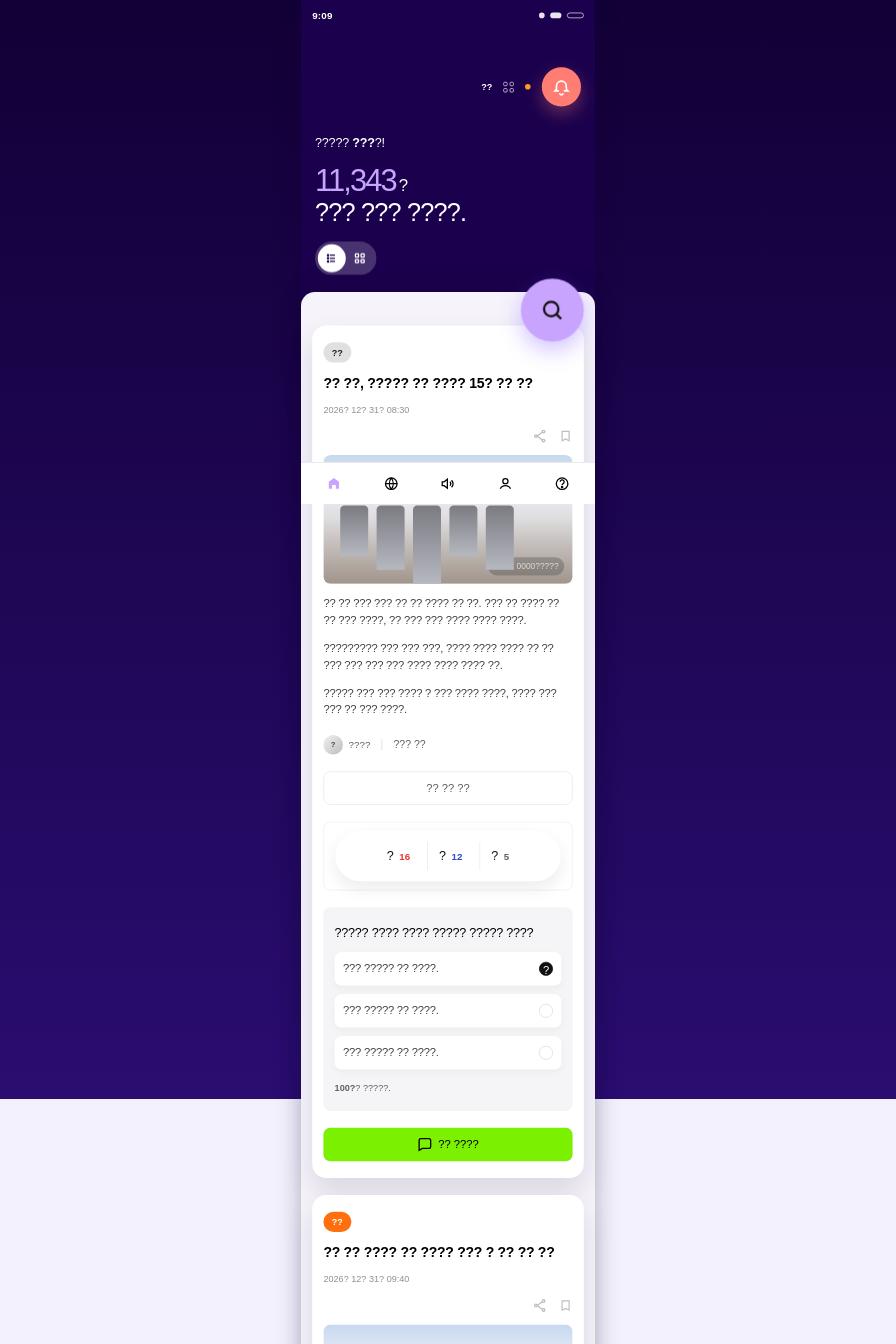
Repository: hanhyochan/NewsRoll
Page: /
These files come from the project's save history. The page is drawn as it stood at one moment and after the next save; the edit follows.
The browser window is 1280 px wide. The pictures show the part of the page from y = 0 to 1920 px (the page is 4131 px tall before and 4063 px after), at 70% of full size.
The project was rebuilt for these pictures with package versions that can differ from the ones it lists, and the page was loaded fresh each time. The framework's server and built-in components were replaced by stand-ins that run in the browser. Also part of the build but not shown: next.config.mjs.

Above is the page before, as saved 2026-03-31 17:06:22.

### src/app/layout.tsx
import type { Metadata } from 'next';
import './globals.css';

export const metadata: Metadata = {
    title: '뉴스를 읽자. - 뉴스롤',
    description: '뉴스가 어려운 사람들을 위한 뉴스 앱, 뉴스롤',
};

export default function RootLayout({ children }: Readonly<{ children: React.ReactNode }>) {
    return (
        <html lang="ko">
            <body>{children}</body>
        </html>
    );
}

### src/app/page.tsx
import { MobileFrame } from "@/components/layout/mobile-frame";
import { NewsHomeScreen } from "@/components/news/news-home-screen";

export default function HomePage() {
  return (
    <MobileFrame>
      <NewsHomeScreen />
    </MobileFrame>
  );
}

### src/app/globals.css
@import "tailwindcss";

:root {
  --background: #f4f1ff;
  --foreground: #111111;
  --surface: #ffffff;
  --surface-muted: #f5f5f7;
  --brand-deep: #1b014d;
  --brand-mid: #7952ff;
  --brand-soft: #c8a4ff;
  --brand-accent: #ff7d73;
  --brand-lime: #7bf000;
  --text-muted: #8f8f8f;
  --line: #e6e2ef;
  --shadow-card: 0 18px 40px rgba(9, 2, 35, 0.12);
  --shadow-float: 0 12px 32px rgba(121, 82, 255, 0.35);
}

* {
  box-sizing: border-box;
}

html {
  background: linear-gradient(180deg, #120036 0%, #2a0d70 38%, #f4f1ff 38%, #f4f1ff 100%);
}

body {
  margin: 0;
  min-height: 100vh;
  color: var(--foreground);
  font-family: "Pretendard", "Noto Sans KR", sans-serif;
  background: transparent;
}

a {
  color: inherit;
  text-decoration: none;
}

button,
input {
  font: inherit;
}

@layer utilities {
  .text-balance {
    text-wrap: balance;
  }
}

### src/components/layout/mobile-frame.tsx
import type { ReactNode } from "react";

type MobileFrameProps = {
  children: ReactNode;
};

export function MobileFrame({ children }: MobileFrameProps) {
  return <main className="mx-auto min-h-screen w-full max-w-[420px] bg-[var(--brand-deep)] shadow-[var(--shadow-card)]">{children}</main>;
}

### src/components/news/news-home-screen.tsx
import { heroNews } from '@/lib/mock-news';

const toneClass = {
    neutral: 'bg-[#E0E0E0] text-[#212121]',
    orange: 'bg-[#FF6F0E] text-white',
    brown: 'bg-[#A1401A] text-white',
} as const;

const reactionToneClass = {
    positive: 'text-[#E7342F]',
    negative: 'text-[#2D4BC7]',
    neutral: 'text-[#616161]',
} as const;

function AppLogo() {
    return (
        <div className="flex items-center gap-4 text-white">
            <div className="text-[13px] font-semibold tracking-[-0.2px]">??</div>
            <div className="grid grid-cols-2 gap-[3px]">
                {Array.from({ length: 4 }).map((_, index) => (
                    <span
                        key={index}
                        className="h-[6px] w-[6px] rounded-[2px] border border-white/90"
                    />
                ))}
            </div>
        </div>
    );
}

function StatusBar() {
    return (
        <div className="flex items-center justify-between px-4 pt-3 text-sm text-white">
            <span className="font-semibold tracking-[0.02em]">9:09</span>
            <div className="flex items-center gap-2">
                <span className="h-2 w-2 rounded-full bg-white/90" />
                <span className="h-2 w-4 rounded-full bg-white/90" />
                <span className="h-2 w-6 rounded-sm border border-white/90" />
            </div>
        </div>
    );
}

function Header() {
    return (
        <header className="px-[20px] pb-[24px] pt-[64px] text-white">
            <div className="flex items-center justify-end gap-4">
                <AppLogo />
                <span className="h-2 w-2 rounded-full bg-[#FF9B26]" />
                <button
                    type="button"
                    aria-label="??"
                    className="grid h-14 w-14 place-items-center rounded-full bg-[var(--brand-accent)] shadow-[0_10px_24px_rgba(255,125,115,0.35)]"
                >
                    <BellIcon />
                </button>
            </div>

            <div className="mt-10 space-y-6">
                <p className="text-[18px] leading-6 tracking-[-0.3px]">
                    ????? <span className="font-bold">???</span>?!
                </p>

                <div className="space-y-1">
                    <p className="text-[44px] font-medium leading-9 tracking-[-0.06em] text-[var(--brand-soft)]">
                        11,343<span className="ml-1 text-2xl font-normal text-white">?</span>
                    </p>
                    <p className="text-4xl leading-9 tracking-[-0.03em] text-white">
                        ??? ??? ????.
                    </p>
                </div>

                <div className="inline-flex rounded-full bg-white/20 p-1 backdrop-blur-sm">
                    <button
                        type="button"
                        className="grid h-10 w-10 place-items-center rounded-full bg-white text-[var(--brand-deep)]"
                        aria-label="?? ??"
                    >
                        <ListIcon />
                    </button>
                    <button
                        type="button"
                        className="grid h-10 w-10 place-items-center rounded-full text-white"
                        aria-label="??? ??"
                    >
                        <GridIcon />
                    </button>
                </div>
            </div>
        </header>
    );
}

function SearchFab() {
    return (
        <button
            type="button"
            aria-label="??"
            className="absolute right-4 top-[398px] z-20 grid h-[90px] w-[90px] place-items-center rounded-full bg-[var(--brand-soft)] shadow-[var(--shadow-float)]"
        >
            <SearchIcon />
        </button>
    );
}

type ReactionBarProps = {
    reactions: (typeof heroNews)[number]['reactions'];
};

function ReactionBar({ reactions }: ReactionBarProps) {
    return (
        <div className="flex items-center justify-center rounded-full bg-white px-6 py-4 shadow-[0_10px_24px_rgba(17,17,17,0.08)]">
            {reactions.map((reaction, index) => (
                <div key={reaction.label} className="flex items-center gap-2">
                    <span className="text-lg">
                        {reaction.label === '???' ? '?' : reaction.label === '???' ? '?' : '?'}
                    </span>
                    <span className={`text-sm font-semibold ${reactionToneClass[reaction.tone]}`}>
                        {reaction.count}
                    </span>
                    {index < reactions.length - 1 ? (
                        <span className="mx-4 h-10 w-px bg-[#E8E8E8]" />
                    ) : null}
                </div>
            ))}
        </div>
    );
}

type PollCardProps = {
    question: string;
    choices: (typeof heroNews)[number]['pollChoices'];
    count: number;
};

function PollCard({ question, choices, count }: PollCardProps) {
    return (
        <section className="rounded-[10px] bg-[var(--surface-muted)] px-4 py-6">
            <h3 className="text-[18px] font-medium leading-6 tracking-[-0.02em] text-black">
                {question}
            </h3>
            <div className="mt-4 space-y-3">
                {choices.map((choice) => (
                    <button
                        key={choice.label}
                        type="button"
                        className="flex w-full items-center justify-between rounded-[10px] bg-white px-3 py-3 text-left text-base leading-6 tracking-[-0.02em] text-[#424242] shadow-[0_4px_12px_rgba(17,17,17,0.04)]"
                    >
                        <span className="max-w-[220px]">{choice.label}</span>
                        <span
                            className={`grid h-5 w-5 place-items-center rounded-full border ${choice.selected ? 'border-[#111111] bg-[#111111] text-white' : 'border-[#D9D9D9] text-transparent'}`}
                        >
                            ?
                        </span>
                    </button>
                ))}
            </div>
            <p className="mt-4 text-[13px] font-medium text-[#616161]">
                <span className="font-semibold">{count}?</span>? ?????.
            </p>
        </section>
    );
}

type NewsCardProps = {
    item: (typeof heroNews)[number];
};

function NewsCard({ item }: NewsCardProps) {
    return (
        <article className="rounded-[20px] bg-white px-4 py-6 shadow-[var(--shadow-card)]">
            <div className="space-y-4">
                <span
                    className={`inline-flex rounded-full px-3 py-2 text-[13px] font-semibold leading-none ${toneClass[item.categoryTone]}`}
                >
                    {item.category}
                </span>
                <div>
                    <h2 className="text-[20px] font-semibold leading-[1.3] tracking-[-0.02em] text-black">
                        {item.title}
                    </h2>
                    <p className="mt-4 text-[13px] text-[var(--text-muted)]">{item.publishedAt}</p>
                </div>

                <div className="flex items-center justify-end gap-4 text-[#BDBDBD]">
                    <ShareIcon />
                    <BookmarkIcon />
                </div>

                <div className="overflow-hidden rounded-[10px]">
                    <div className="relative h-[184px] rounded-[10px] bg-[linear-gradient(180deg,#c7d8ef_0%,#e9eef6_28%,#c7b9ad_100%)]">
                        <div className="absolute inset-x-0 bottom-0 h-24 bg-[linear-gradient(180deg,transparent_0%,rgba(62,58,58,0.28)_100%)]" />
                        <div className="absolute bottom-3 right-3 rounded-full bg-black/20 px-2 py-1 text-[12px] text-white/70">
                            ????: 0000?????
                        </div>
                        <div className="absolute bottom-0 left-6 flex gap-3">
                            {Array.from({ length: 5 }).map((_, index) => (
                                <div
                                    key={index}
                                    className="w-10 rounded-t-[6px] bg-[linear-gradient(180deg,#7b7b82_0%,#b6b8c0_100%)]"
                                    style={{ height: `${72 + (index % 3) * 20}px` }}
                                />
                            ))}
                        </div>
                    </div>
                </div>

                <div className="space-y-4 text-[16px] leading-6 tracking-[-0.02em] text-[#424242]">
                    {item.summary.map((paragraph) => (
                        <p key={paragraph}>{paragraph}</p>
                    ))}
                </div>
            </div>

            <div className="mt-6 flex items-center gap-4 text-[#616161]">
                <div className="flex items-center gap-2">
                    <div className="grid h-7 w-7 place-items-center rounded-full bg-[linear-gradient(135deg,#f2f2f2_0%,#bcbcbc_100%)] text-[11px] font-bold text-[#4b4b4b]">
                        {item.publisher.slice(0, 1)}
                    </div>
                    <span className="text-sm font-medium">{item.publisher}</span>
                </div>
                <span className="h-4 w-px bg-[#D7D7D7]" />
                <span className="text-[15px] font-medium">{item.reporter}</span>
            </div>

            <button
                type="button"
                className="mt-6 h-12 w-full rounded-[10px] border border-[var(--line)] bg-white text-base font-medium text-[#616161]"
            >
                ?? ?? ??
            </button>

            <div className="mt-6 rounded-[10px] border border-[#EFEAF8] bg-white px-4 py-3">
                <ReactionBar reactions={item.reactions} />
            </div>

            <div className="mt-6">
                <PollCard
                    question={item.pollQuestion}
                    choices={item.pollChoices}
                    count={item.pollCount}
                />
            </div>

            <button
                type="button"
                className="mt-6 flex h-12 w-full items-center justify-center gap-2 rounded-[10px] bg-[var(--brand-lime)] text-base font-semibold text-black"
            >
                <CommentIcon />
                ?? ????
            </button>
        </article>
    );
}

function BottomNav() {
    const items = [
        { label: '?', active: true, icon: <HomeIcon /> },
        { label: '??', icon: <GlobeIcon /> },
        { label: '???', icon: <SoundIcon /> },
        { label: '???', icon: <UserIcon /> },
        { label: '???', icon: <HelpIcon /> },
    ];

    return (
        <nav className="sticky bottom-0 flex h-[60px] items-center justify-between border-t border-[#E0E0E0] bg-white px-9">
            {items.map((item) => (
                <button
                    key={item.label}
                    type="button"
                    className={`grid place-items-center gap-1 text-[11px] ${item.active ? 'text-[var(--brand-soft)]' : 'text-black'}`}
                    aria-label={item.label}
                >
                    {item.icon}
                </button>
            ))}
        </nav>
    );
}

export function NewsHomeScreen() {
    return (
        <div className="relative min-h-screen bg-[var(--brand-deep)]">
            <StatusBar />
            <Header />
            <SearchFab />
            <section className="rounded-t-[20px] bg-[#f6f3fb] px-4 pb-6 pt-12 shadow-[0_-8px_30px_rgba(9,2,35,0.18)]">
                <div className="space-y-6">
                    {heroNews.map((item) => (
                        <NewsCard key={`${item.category}-${item.title}`} item={item} />
                    ))}
                </div>
            </section>
            <BottomNav />
        </div>
    );
}

function BellIcon() {
    return (
        <svg
            width="28"
            height="28"
            viewBox="0 0 24 24"
            fill="none"
            stroke="currentColor"
            strokeWidth="2"
        >
            <path d="M15 17h5l-1.4-1.4A2 2 0 0 1 18 14.2V11a6 6 0 1 0-12 0v3.2a2 2 0 0 1-.6 1.4L4 17h5" />
            <path d="M10 20a2 2 0 0 0 4 0" />
        </svg>
    );
}

function SearchIcon() {
    return (
        <svg
            width="38"
            height="38"
            viewBox="0 0 24 24"
            fill="none"
            stroke="#111111"
            strokeWidth="2"
        >
            <circle cx="11" cy="11" r="6.5" />
            <path d="m16 16 4 4" />
        </svg>
    );
}

function ListIcon() {
    return (
        <svg
            width="18"
            height="18"
            viewBox="0 0 20 20"
            fill="none"
            stroke="currentColor"
            strokeWidth="2"
        >
            <path d="M7 5h8M7 10h8M7 15h8" />
            <circle cx="4" cy="5" r="1" fill="currentColor" />
            <circle cx="4" cy="10" r="1" fill="currentColor" />
            <circle cx="4" cy="15" r="1" fill="currentColor" />
        </svg>
    );
}

function GridIcon() {
    return (
        <svg
            width="18"
            height="18"
            viewBox="0 0 20 20"
            fill="none"
            stroke="currentColor"
            strokeWidth="2"
        >
            <rect x="3" y="3" width="5" height="5" rx="1" />
            <rect x="12" y="3" width="5" height="5" rx="1" />
            <rect x="3" y="12" width="5" height="5" rx="1" />
            <rect x="12" y="12" width="5" height="5" rx="1" />
        </svg>
    );
}

function HomeIcon() {
    return (
        <svg width="22" height="22" viewBox="0 0 24 24" fill="currentColor">
            <path d="M12 3 4 9v10a1 1 0 0 0 1 1h4v-6h6v6h4a1 1 0 0 0 1-1V9z" />
        </svg>
    );
}

function GlobeIcon() {
    return (
        <svg
            width="22"
            height="22"
            viewBox="0 0 24 24"
            fill="none"
            stroke="currentColor"
            strokeWidth="2"
        >
            <circle cx="12" cy="12" r="9" />
            <path d="M3 12h18M12 3a15 15 0 0 1 0 18M12 3a15 15 0 0 0 0 18" />
        </svg>
    );
}

function SoundIcon() {
    return (
        <svg
            width="22"
            height="22"
            viewBox="0 0 24 24"
            fill="none"
            stroke="currentColor"
            strokeWidth="2"
        >
            <path d="M11 5 6 9H3v6h3l5 4z" />
            <path d="M15 9a4 4 0 0 1 0 6" />
            <path d="M17.5 6.5a7.5 7.5 0 0 1 0 11" />
        </svg>
    );
}

function UserIcon() {
    return (
        <svg
            width="22"
            height="22"
            viewBox="0 0 24 24"
            fill="none"
            stroke="currentColor"
            strokeWidth="2"
        >
            <circle cx="12" cy="8" r="4" />
            <path d="M4 20c1.5-3.5 4.3-5 8-5s6.5 1.5 8 5" />
        </svg>
    );
}

function HelpIcon() {
    return (
        <svg
            width="22"
            height="22"
            viewBox="0 0 24 24"
            fill="none"
            stroke="currentColor"
            strokeWidth="2"
        >
            <circle cx="12" cy="12" r="9" />
            <path d="M9.1 9a3 3 0 1 1 5.8 1c0 2-3 2-3 4" />
            <circle cx="12" cy="17" r="1" fill="currentColor" />
        </svg>
    );
}

function ShareIcon() {
    return (
        <svg
            width="22"
            height="22"
            viewBox="0 0 24 24"
            fill="none"
            stroke="currentColor"
            strokeWidth="2"
        >
            <circle cx="18" cy="5" r="2" />
            <circle cx="6" cy="12" r="2" />
            <circle cx="18" cy="19" r="2" />
            <path d="m8 12 8-6M8 12l8 6" />
        </svg>
    );
}

function BookmarkIcon() {
    return (
        <svg
            width="20"
            height="22"
            viewBox="0 0 24 24"
            fill="none"
            stroke="currentColor"
            strokeWidth="2"
        >
            <path d="M6 4h12v16l-6-3-6 3z" />
        </svg>
    );
}

function CommentIcon() {
    return (
        <svg
            width="22"
            height="22"
            viewBox="0 0 24 24"
            fill="none"
            stroke="currentColor"
            strokeWidth="2"
        >
            <path d="M21 15a3 3 0 0 1-3 3H8l-5 3V6a3 3 0 0 1 3-3h12a3 3 0 0 1 3 3z" />
        </svg>
    );
}

### src/lib/mock-news.ts
import type { NewsCard } from "@/types/news";

export const heroNews: NewsCard[] = [
  {
    category: "??",
    categoryTone: "neutral",
    title: "?? ??, ????? ?? ???? 15? ?? ??",
    publishedAt: "2026? 12? 31? 08:30",
    summary: [
      "?? ?? ??? ??? ?? ?? ???? ?? ??. ??? ?? ???? ?? ?? ??? ????, ?? ??? ??? ???? ???? ????.",
      "????????? ??? ??? ???, ???? ???? ???? ?? ?? ??? ??? ??? ??? ???? ???? ???? ??.",
      "????? ??? ??? ???? ? ??? ???? ????, ???? ??? ??? ?? ??? ????.",
    ],
    publisher: "????",
    reporter: "??? ??",
    reactions: [
      { label: "???", count: 16, tone: "positive" },
      { label: "???", count: 12, tone: "negative" },
      { label: "???", count: 5, tone: "neutral" },
    ],
    pollQuestion: "????? ???? ???? ????? ????? ????",
    pollChoices: [
      { label: "??? ????? ?? ????.", selected: true },
      { label: "??? ????? ?? ????." },
      { label: "??? ????? ?? ????." },
    ],
    pollCount: 100,
  },
  {
    category: "??",
    categoryTone: "orange",
    title: "?? ?? ???? ?? ???? ??? ? ?? ?? ??",
    publishedAt: "2026? 12? 31? 09:40",
    summary: [
      "?? ?? ??? ?? ???? ????? ???? ???? ???? ?? ?? ???? ??.",
      "????? ??? ??? ????? ??? ??? ??? ??? ?? ???? ??? ?? ??.",
      "?? ??? ?? ??? ?? ???? ?? ?? ?? ??? ??? ????? ??? ????.",
    ],
    publisher: "????",
    reporter: "??? ??",
    reactions: [
      { label: "???", count: 21, tone: "positive" },
      { label: "???", count: 4, tone: "negative" },
      { label: "???", count: 7, tone: "neutral" },
    ],
    pollQuestion: "? ?? ??? ?? ?? ?? ???? ??????",
    pollChoices: [
      { label: "?? ???? ??? ???? ??.", selected: true },
      { label: "???? ??? ???." },
    ],
    pollCount: 100,
  },
  {
    category: "IT??",
    categoryTone: "brown",
    title: "AI ?? ??? ?? ??, ??? ?? ?? ?? 18% ??",
    publishedAt: "2026? 12? 31? 11:10",
    summary: [
      "?? ????? ?? ?? ??? ?????? ??? ???? ?? ?? ??? ? ????? ??.",
      "?? ??? ?? ???? ?? ???? ??? ????? ?? ?? ??? ???? ??? ?? ??? ????.",
      "????? ??? ?? ???? ?? ???? ??? ??? ???? ???? ????.",
    ],
    publisher: "????",
    reporter: "??? ??",
    reactions: [
      { label: "???", count: 32, tone: "positive" },
      { label: "???", count: 8, tone: "negative" },
      { label: "???", count: 11, tone: "neutral" },
    ],
    pollQuestion: "??? ??? ?? ?? ???? ???? ?????",
    pollChoices: [
      { label: "???", selected: true },
      { label: "???" },
    ],
    pollCount: 100,
  },
];

After the next save:
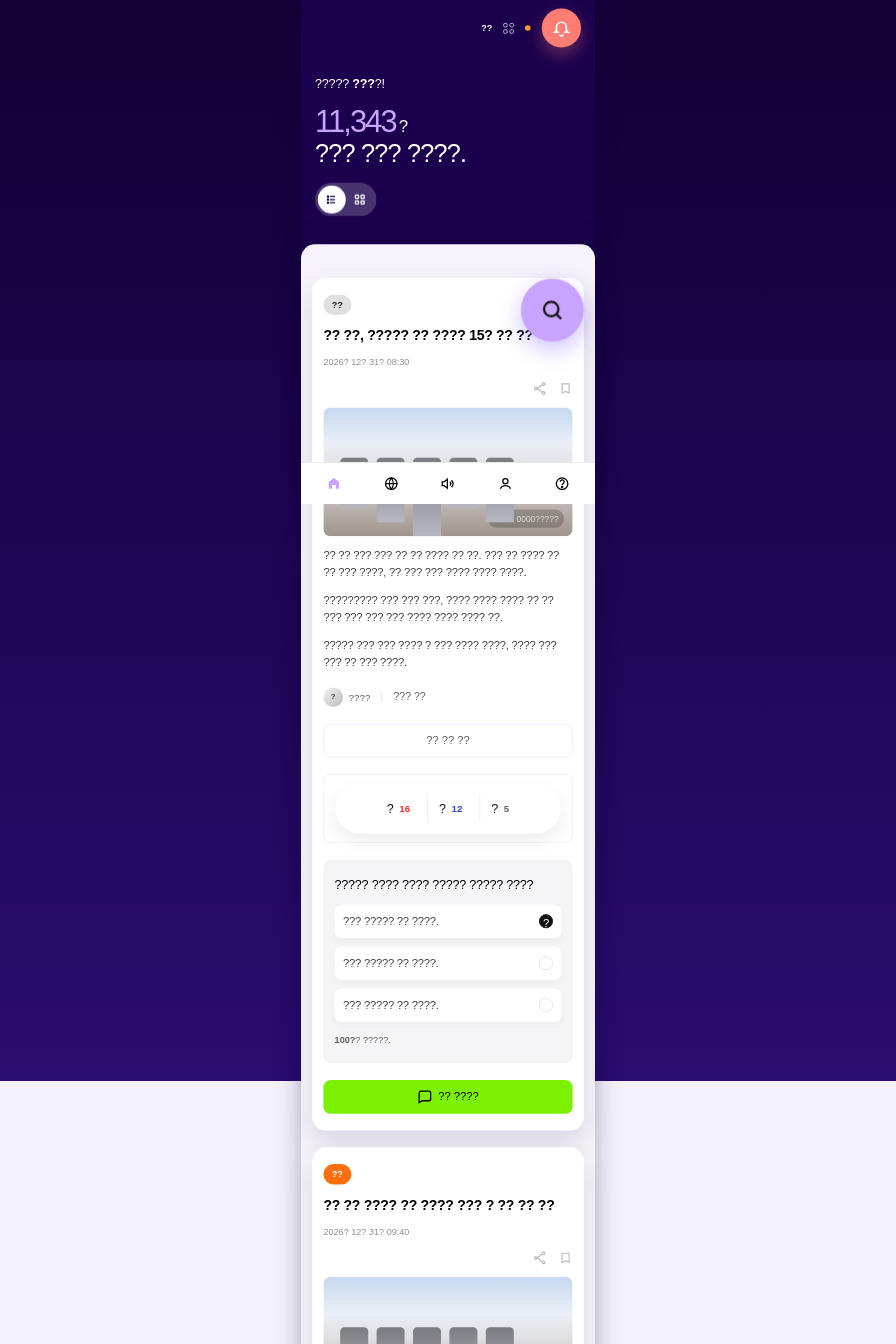
Saved 39 s later.
--- a/src/components/news/news-home-screen.tsx
+++ b/src/components/news/news-home-screen.tsx
@@ -43,7 +43,7 @@ function StatusBar() {
 
 function Header() {
     return (
-        <header className="px-[20px] pb-[24px] pt-[64px] text-white">
+        <header className="px-[20px] pb-10 pt-3 text-white">
             <div className="flex items-center justify-end gap-4">
                 <AppLogo />
                 <span className="h-2 w-2 rounded-full bg-[#FF9B26]" />
@@ -281,7 +281,6 @@ function BottomNav() {
 export function NewsHomeScreen() {
     return (
         <div className="relative min-h-screen bg-[var(--brand-deep)]">
-            <StatusBar />
             <Header />
             <SearchFab />
             <section className="rounded-t-[20px] bg-[#f6f3fb] px-4 pb-6 pt-12 shadow-[0_-8px_30px_rgba(9,2,35,0.18)]">
